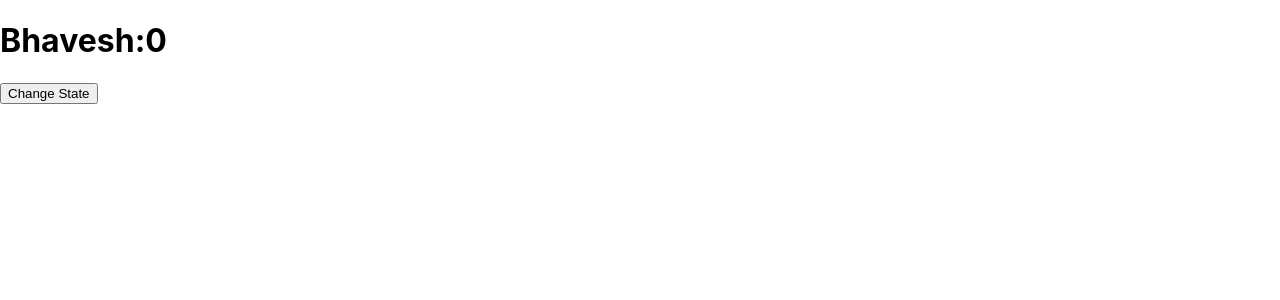
Repository: bhaveshtrades/reactpractice
Page: / (app in reactpractice/)
These files come from the project's save history. The page is drawn as it stood at one moment and after the next save; the edit follows.
The browser window is 1280 px wide. The pictures show the whole page.
The project was rebuilt for these pictures with package versions that can differ from the ones it lists, and the page was loaded fresh each time. Also part of the build but not shown: reactpractice/src/App.css.

Above is the page before, as saved 2022-08-20 01:52:53.

### reactpractice/src/App.js
import './App.css';
import Button from './components/Button';

function App() {
  return (
    <div>
      <Button></Button>
    </div>
  );
}

export default App;

### reactpractice/src/components/Button.jsx
import React, { useState } from 'react'
import hocButton from './Hoc';

function Button({name}) {

    const [state, setState] = useState(0);

  return (

    <div>
        <h1>{name}:{state}</h1>
        <button onClick={()=>setState(state + 1)}>Change State</button>
    </div>
  )
}

export default hocButton(Button);

### reactpractice/src/components/Hoc.jsx
import React from 'react';

const hocButton = (Hoccomp)=>{
    const redButton = ()=>{
        return(
            <>
            <Hoccomp name="Bhavesh" style={{backgroundColor: "Red"}}></Hoccomp>
            </>
        )
    }
    return redButton;
}

export default hocButton;

Loaded but not shown: reactpractice/public/index.html (common file); reactpractice/src/index.js (common file); reactpractice/src/index.css (common file); reactpractice/src/reportWebVitals.js (common file)

After the next save:
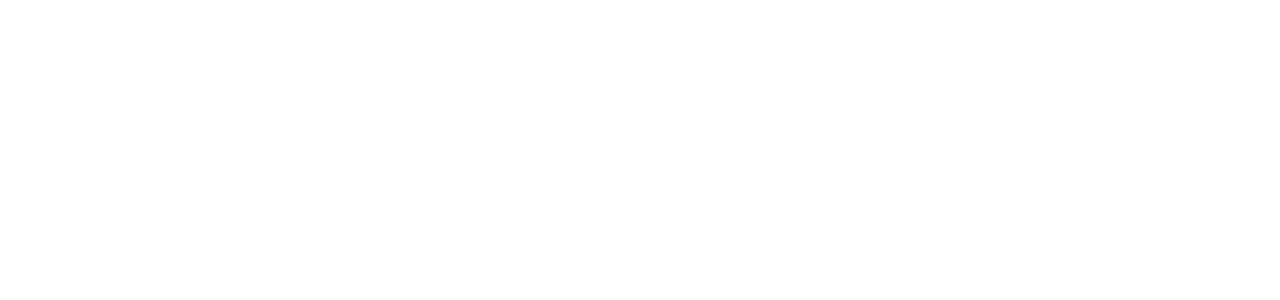
Saved 21 min 54 s later.
--- a/reactpractice/src/App.js
+++ b/reactpractice/src/App.js
@@ -4,7 +4,7 @@
 function App() {
   return (
     <div>
-      <Button></Button>
+      <Button.name></Button.name>
     </div>
   );
 }

After the 2 saves that followed:
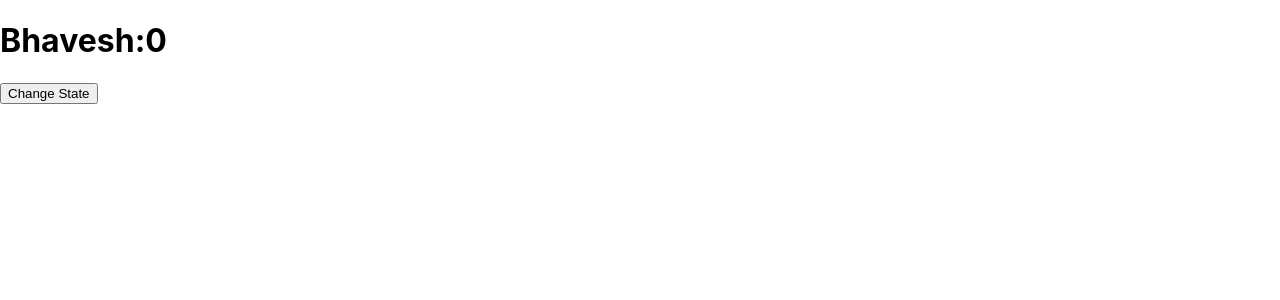
The 2 saves are shown as one change because 1 did not build or start.
The last was saved 7 min 11 s later.
--- a/reactpractice/src/App.js
+++ b/reactpractice/src/App.js
@@ -1,10 +1,10 @@
 import './App.css';
-import Button from './components/Button';
+import Button from '../src/components/Button'
 
 function App() {
   return (
     <div>
-      <Button.name></Button.name>
+      <Button></Button>
     </div>
   );
 }
